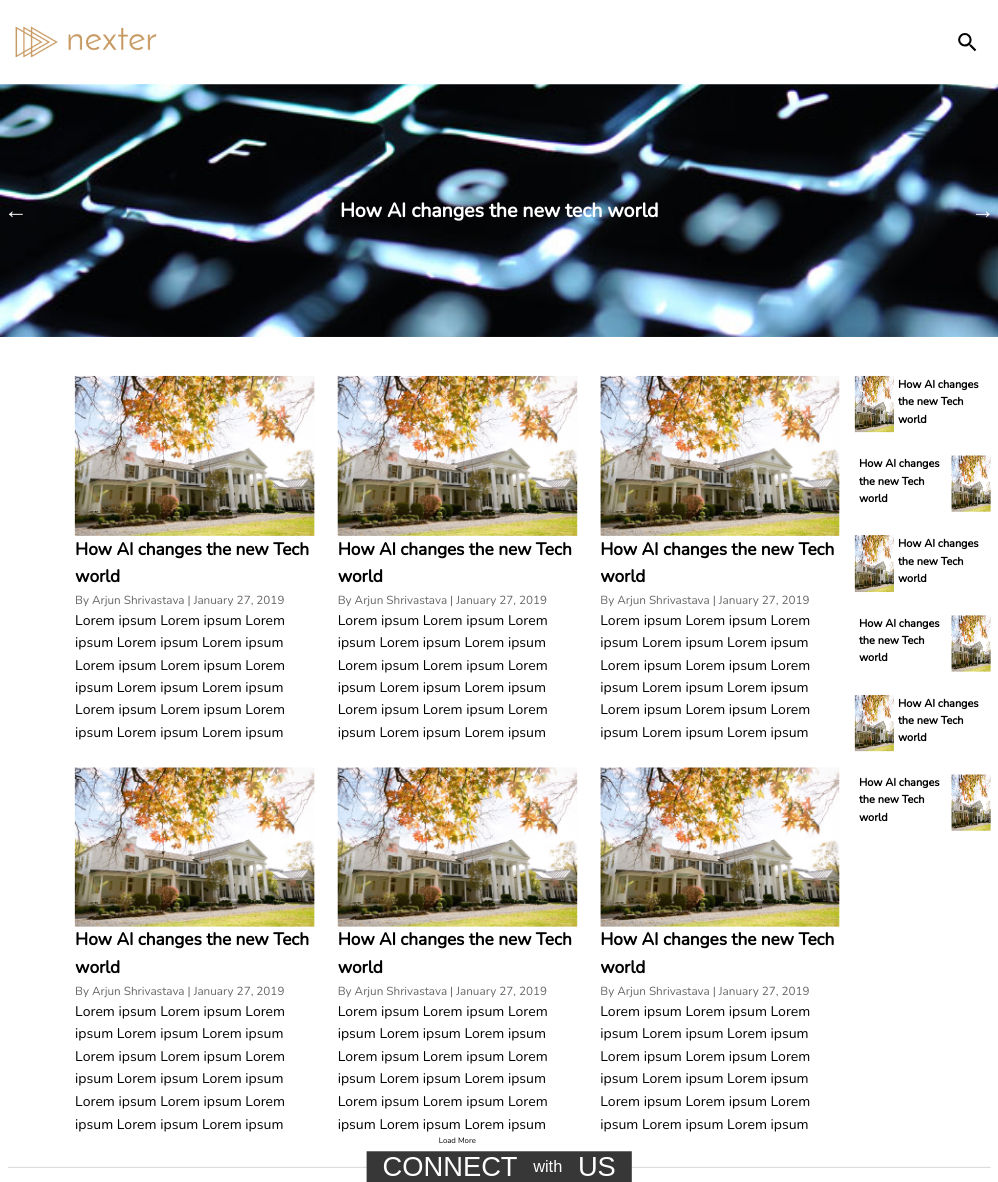
Repository: geekyarjun/myblog
Page: index.html
The author's editor kept a copy of each file at every save. The page is drawn from the files as they stood at one save, then again after the next save.
The browser window is 1280 px wide. The pictures show the whole page, at 78% of full size.
The style sheet was rebuilt from its Sass, Less or Tailwind sources for each picture, by a compiler version that may differ from the author's.

Above is the page before, as saved 2019-03-03 18:27:55.

After the next save:
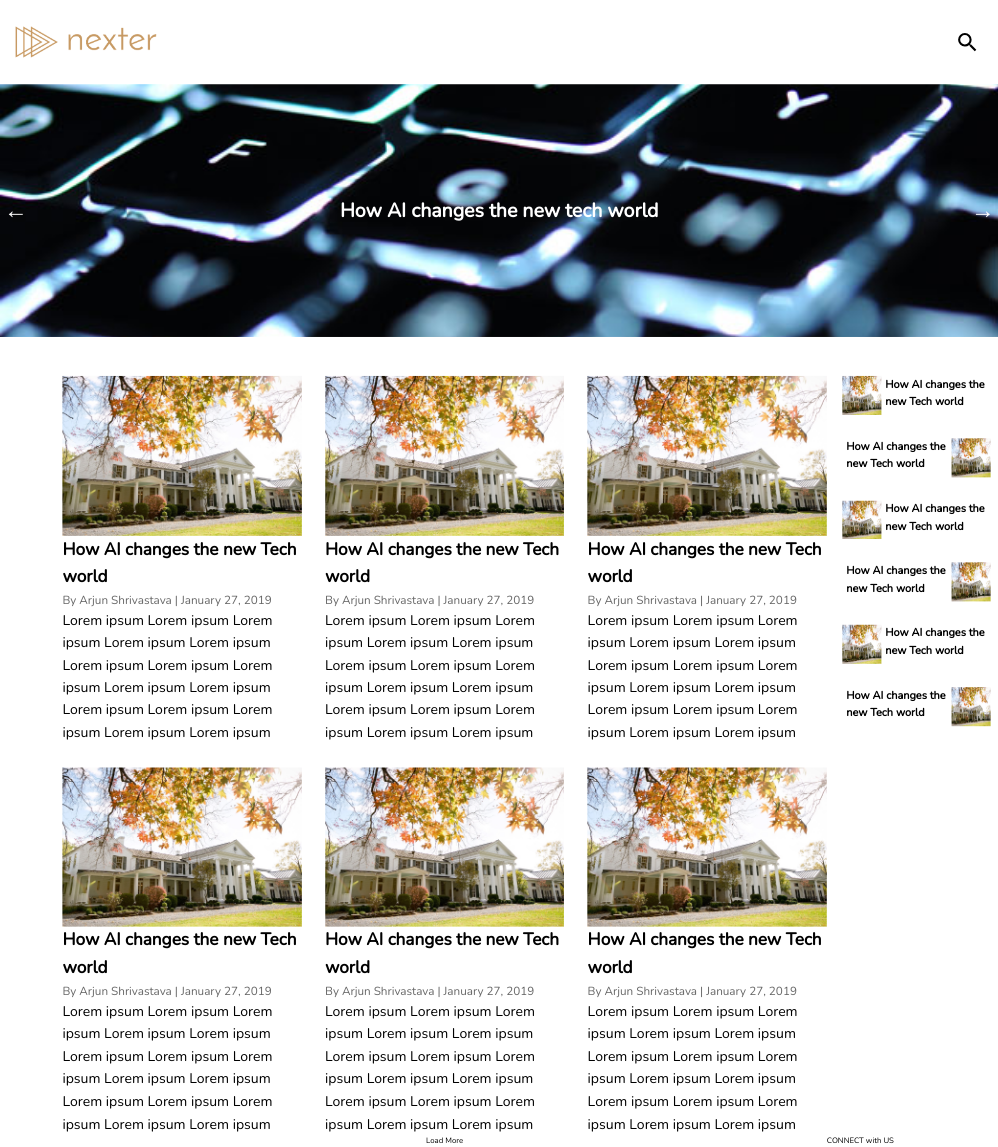
Saved 43 s later.
--- a/index.html
+++ b/index.html
@@ -86,18 +86,27 @@
         </article>
     </aside>
     <section class="load-more">Load More</section>
-    <footer class="footer flex-rw">
+    <footer class="flex-rw">
         <section class="footer-social-section flex-rw">
-            <span class="footer-social-overlap footer-social-connect">CONNECT <span class="footer-social-small">with</span> US</span>
+            <span class="footer-social-overlap footer-social-connect">
+                CONNECT <span class="footer-social-small">with</span> US
+            </span>
             <span class="footer-social-overlap footer-social-icons-wrapper">
-                <a href="https://www.pinterest.com/paviliongift/" class="generic-anchor" target="_blank" title="Pinterest" itemprop="significantLink"><i class="fa fa-pinterest"></i></a>
-                <a href="https://www.facebook.com/paviliongift" class="generic-anchor" target="_blank" title="Facebook" itemprop="significantLink"><i class="fa fa-facebook"></i></a>
-                <a href="https://twitter.com/PavilionGiftCo" class="generic-anchor" target="_blank" title="Twitter" itemprop="significantLink"><i class="fa fa-twitter"></i></a>
-                <a href="http://instagram.com/paviliongiftcompany" class="generic-anchor" target="_blank" title="Instagram" itemprop="significantLink"><i class="fa fa-instagram"></i></a>
-                <a href="https://www.youtube.com/channel/UCYgUODvd0qXbu_LkUWpTVEg" class="generic-anchor" target="_blank" title="Youtube" itemprop="significantLink"><i class="fa fa-youtube"></i></a>
-                <a href="https://plus.google.com/+Paviliongift/posts" class="generic-anchor" target="_blank" title="Google Plus" itemprop="significantLink"><i class="fa fa-google-plus"></i></a>
+                <a href="https://www.pinterest.com/paviliongift/" class="generic-anchor" target="_blank" title="Pinterest"
+                    itemprop="significantLink"><i class="fa fa-pinterest"></i></a>
+                <a href="https://www.facebook.com/paviliongift" class="generic-anchor" target="_blank" title="Facebook"
+                    itemprop="significantLink"><i class="fa fa-facebook"></i></a>
+                <a href="https://twitter.com/PavilionGiftCo" class="generic-anchor" target="_blank" title="Twitter"
+                    itemprop="significantLink"><i class="fa fa-twitter"></i></a>
+                <a href="http://instagram.com/paviliongiftcompany" class="generic-anchor" target="_blank" title="Instagram"
+                    itemprop="significantLink"><i class="fa fa-instagram"></i></a>
+                <a href="https://www.youtube.com/channel/UCYgUODvd0qXbu_LkUWpTVEg" class="generic-anchor" target="_blank"
+                    title="Youtube" itemprop="significantLink"><i class="fa fa-youtube"></i></a>
+                <a href="https://plus.google.com/+Paviliongift/posts" class="generic-anchor" target="_blank" title="Google Plus"
+                    itemprop="significantLink"><i class="fa fa-google-plus"></i></a>
             </span>
         </section>
+
     </footer>
     <script src="main.js"></script>
 </body>

After the save that followed:
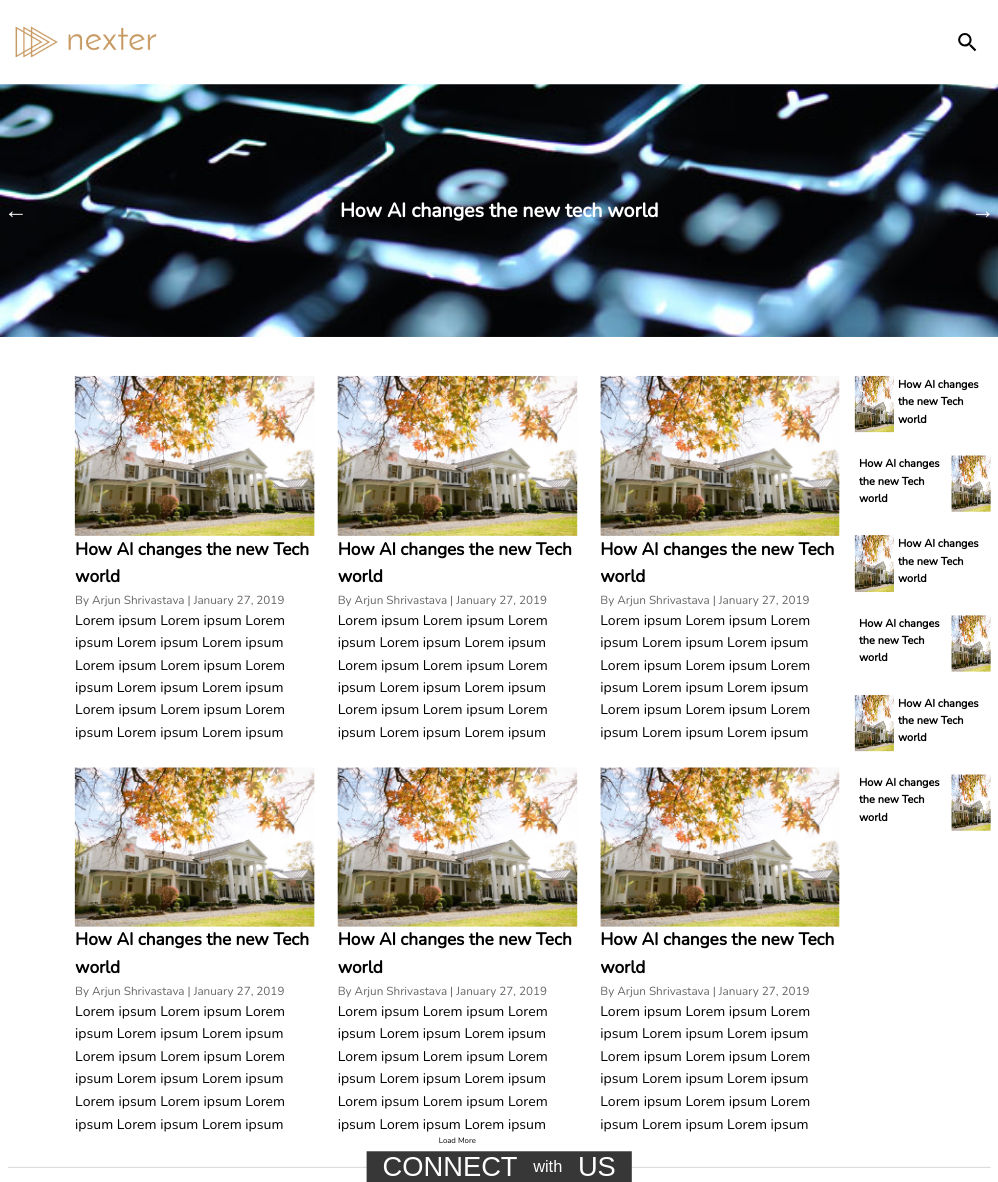
Saved 16 s later.
--- a/index.html
+++ b/index.html
@@ -86,7 +86,7 @@
         </article>
     </aside>
     <section class="load-more">Load More</section>
-    <footer class="flex-rw">
+    <footer class="footer flex-rw">
         <section class="footer-social-section flex-rw">
             <span class="footer-social-overlap footer-social-connect">
                 CONNECT <span class="footer-social-small">with</span> US
